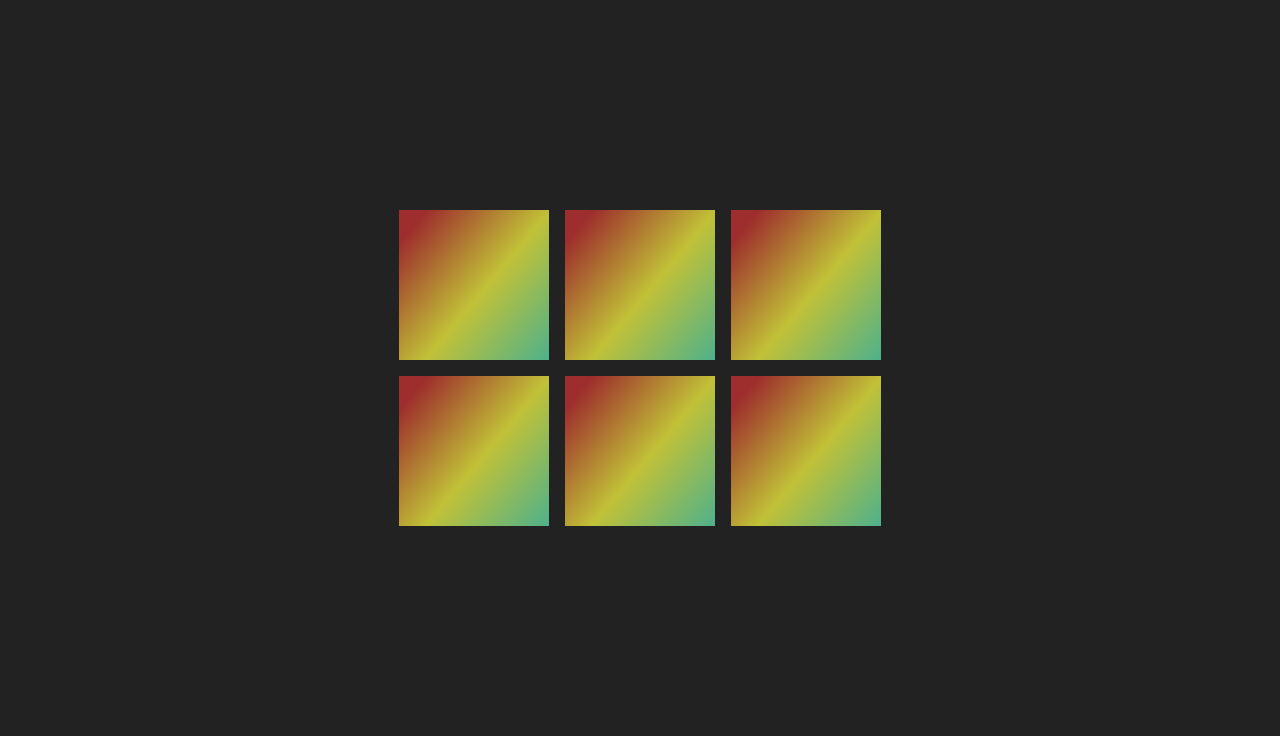
Repository: mariocapitbrok/css-grid
Page: index.html
An editor plug-in stored every save of this project. The page is shown before and after the next save, followed by the edit.
The browser window is 1280 px wide. The pictures show the whole page.

Above is the page before, as saved 2022-12-29 13:15:21.

### index.html
<!DOCTYPE html>
<html lang="en">
<head>
  <meta charset="UTF-8">
  <meta http-equiv="X-UA-Compatible" content="IE=edge">
  <meta name="viewport" content="width=device-width, initial-scale=1.0">
  <link rel="stylesheet" href="styles.css">
  <title>Grid and Flexbox</title>
</head>
<body>
  <div class="container">
    <div class="item item1"></div>
    <div class="item item2"></div>
    <div class="item item3"></div>
    <div class="item item4"></div>
    <div class="item item5"></div>
    <div class="item item6"></div>
  </div>
</body>
</html>

### styles.css
body {
  background-color: #222222;
  height: 100vh;
  display: flex;
  justify-content: center;
  align-items: center;
}

.container {
  display: grid;
  grid-template-columns: 150px 150px 150px;
  grid-template-rows: 150px 150px;
  grid-gap: 1rem;
}

.item {
  background-color: #1EAAFC;
  background-image: linear-gradient(130deg, #9e2d2d 10%, #c1c137, #4eb18b);
}

After the next save:
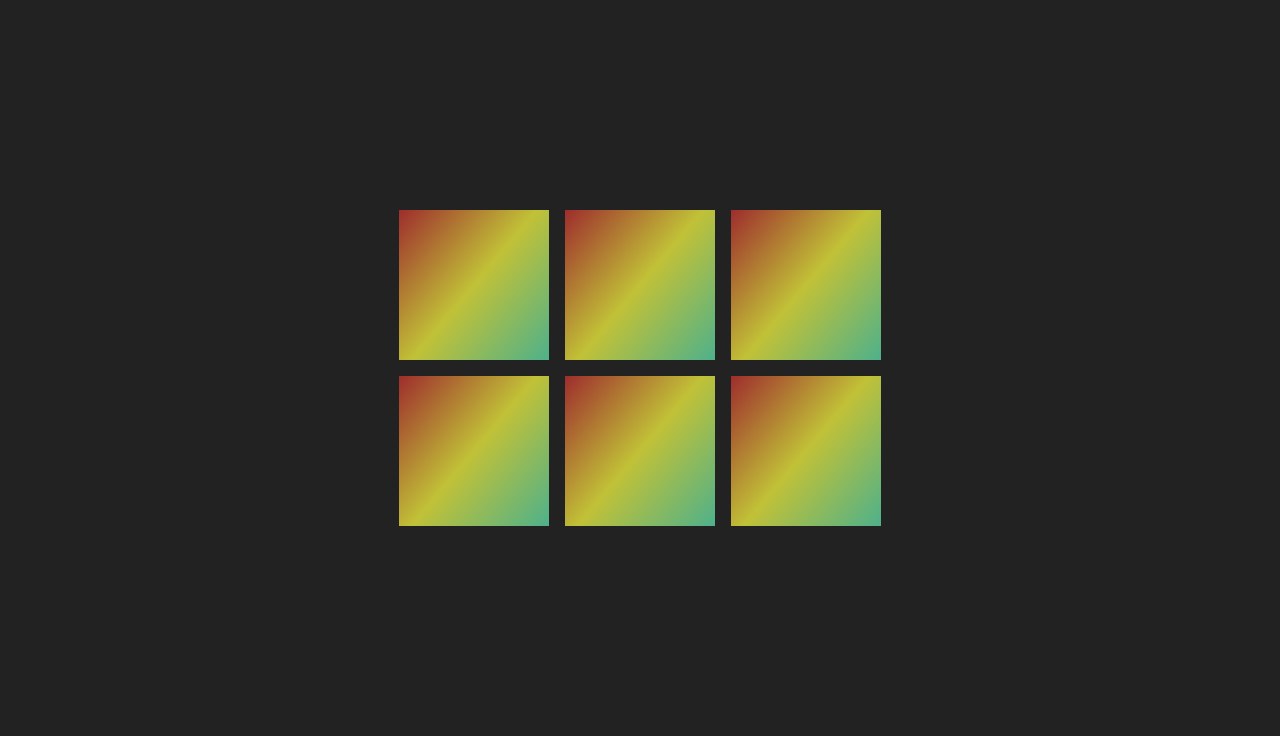
Saved 11 s later.
--- a/styles.css
+++ b/styles.css
@@ -15,5 +15,5 @@ body {
 
 .item {
   background-color: #1EAAFC;
-  background-image: linear-gradient(130deg, #9e2d2d 10%, #c1c137, #4eb18b);
+  background-image: linear-gradient(130deg, #9e2d2d 0%, #c1c137, #4eb18b);
 }
